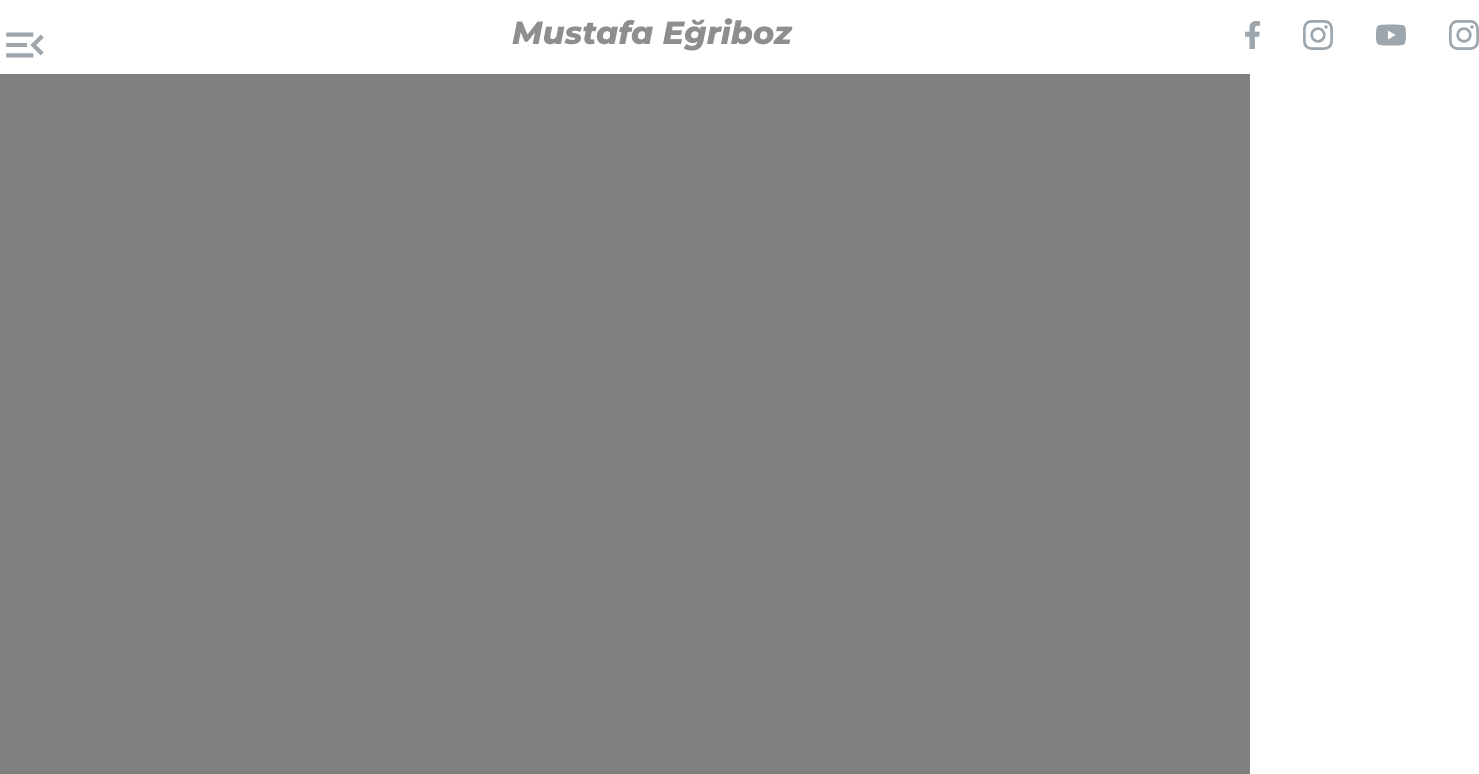
Repository: CengoCengo/m.e-gallery-web-site
Page: index.html
The author's editor kept a copy of each file at every save. The page is drawn from the files as they stood at one save, then again after the next save.
The browser window is 1280 px wide. The page is 1479 px wide, then 1351 px, so the pictures cover 1479 px, including what lies to the right of the window. The pictures show the whole page.

Above is the page before, as saved 2021-02-06 15:02:12.
Console error: TypeError: Cannot read properties of null (reading 'style')

After the next save:
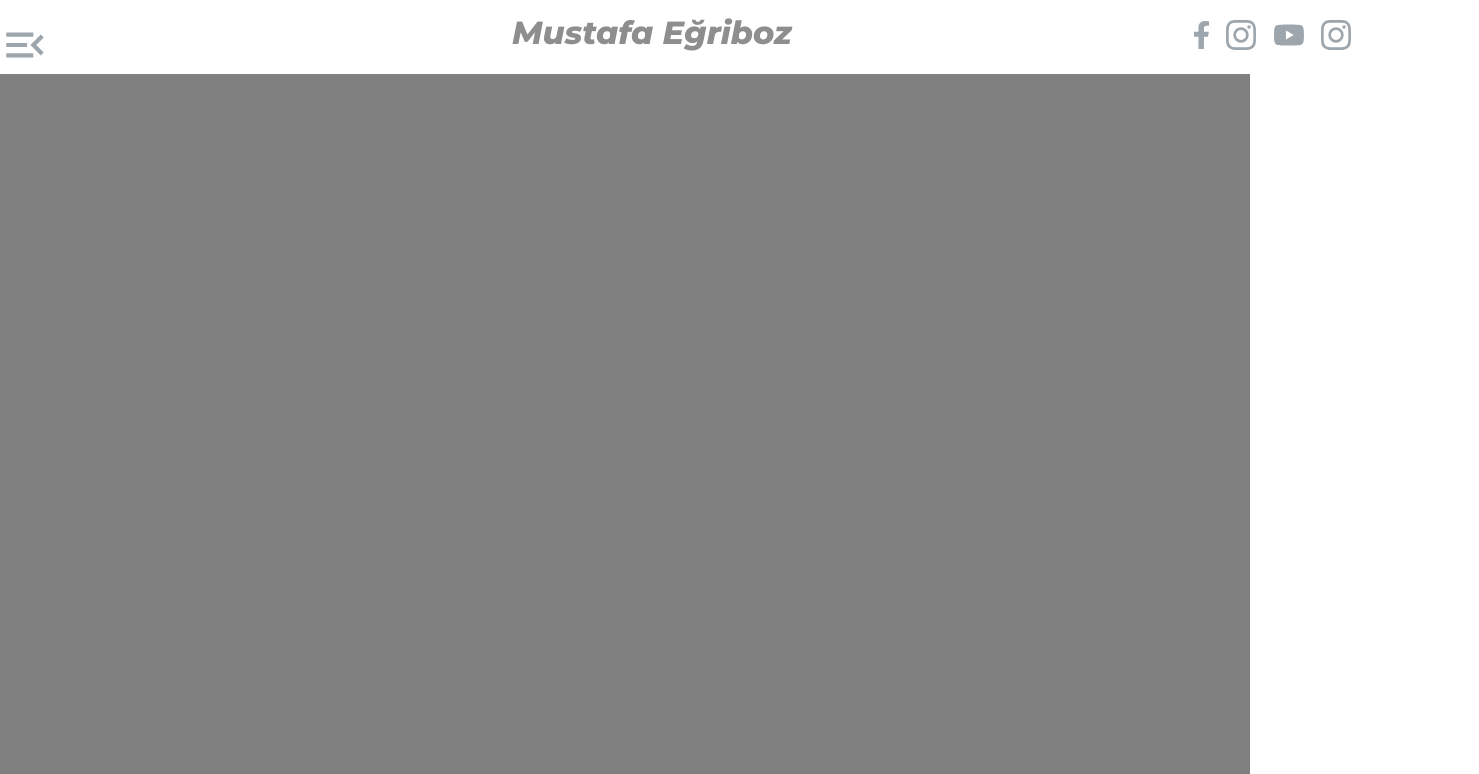
Saved 43 s later.
--- a/styles/style.css
+++ b/styles/style.css
@@ -47,7 +47,7 @@
 }
 
 .icon-social{
-    margin-left: 3%;
+    margin-left: 1%;
 }
 
 
